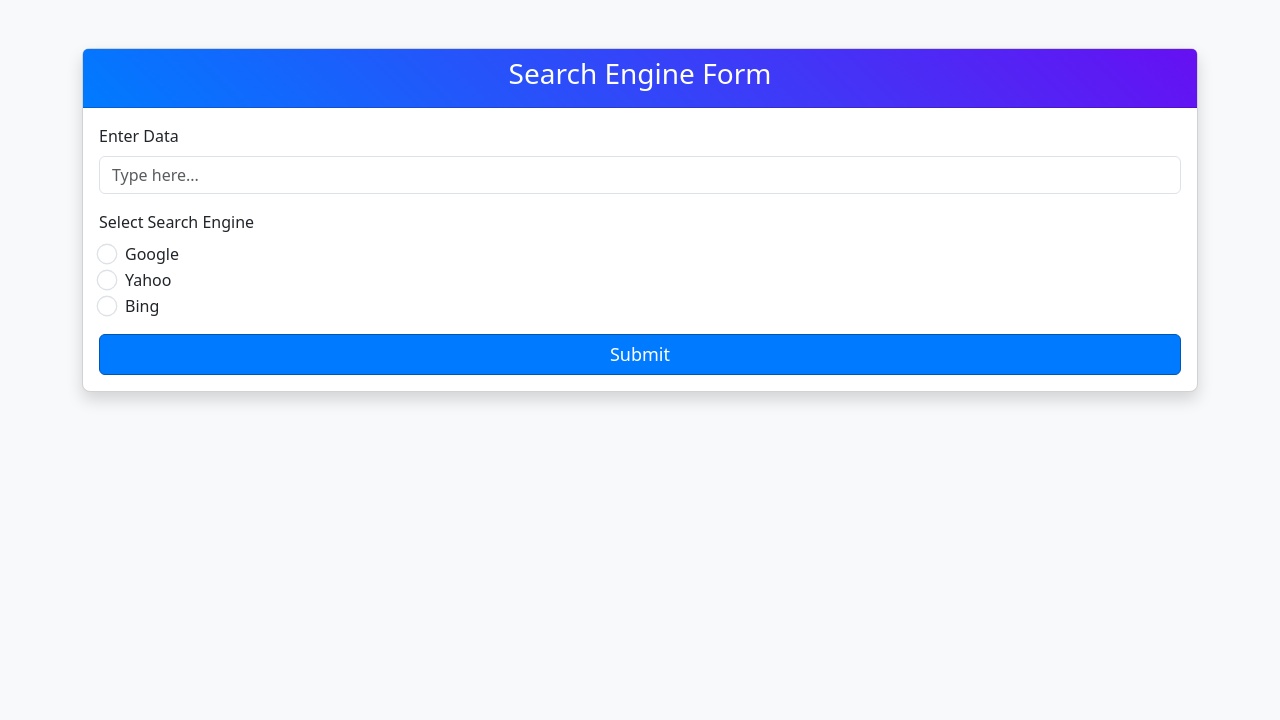
Repository: Prasad-R-Patil/WebBaseJava
Page: SearchEngien/src/main/webapp/index.html
An editor plug-in stored every save of this project. The page is shown before and after the next save, followed by the edit.
The browser window is 1280 px wide. The pictures show the whole page.

Above is the page before, as saved 2025-05-15 11:43:54.

### SearchEngien/src/main/webapp/index.html
<!DOCTYPE html>
<html lang="en">
<head>
    <meta charset="UTF-8">
    <meta name="viewport" content="width=device-width, initial-scale=1">
    <title>Search Form</title>
    <!-- Bootstrap CSS -->
    <link href="https://cdn.jsdelivr.net/npm/bootstrap@5.3.0/dist/css/bootstrap.min.css" rel="stylesheet">
    <style>
        body {
            background-color: #f8f9fa;
        }
        .card {
            background: #ffffff;
            border-radius: 8px;
            box-shadow: 0 4px 8px rgba(0, 0, 0, 0.2);
        }
        .card-header {
            background: linear-gradient(45deg, #007bff, #6610f2);
            color: white;
            text-align: center;
        }
        .btn-primary {
            background-color: #007bff;
            border-color: #0056b3;
            font-size: 18px;
            width: 100%;
        }
        .form-check-input {
            transform: scale(1.3); /* Enlarges radio buttons */
            margin-right: 10px;
        }
    </style>
</head>
<body>
    <div class="container mt-5">
        <div class="card shadow">
            <div class="card-header">
                <h3>Search Engine Form</h3>
            </div>
            <div class="card-body">
                <form action="SearchServlet" method="post">
                    <div class="mb-3">
                        <label class="form-label">Enter Data</label>
                        <input type="text" name="textData" class="form-control" placeholder="Type here...">
                    </div>
                    <div class="mb-3">
                        <label class="form-label">Select Search Engine</label>
                        <div class="form-check">
                            <input class="form-check-input" type="radio" name="engin" value="google" id="google">
                            <label class="form-check-label" for="google">Google</label>
                        </div>
                        <div class="form-check">
                            <input class="form-check-input" type="radio" name="engin" value="yahoo" id="yahoo">
                            <label class="form-check-label" for="yahoo">Yahoo</label>
                        </div>
                        <div class="form-check">
                            <input class="form-check-input" type="radio" name="engin" value="bing" id="bing">
                            <label class="form-check-label" for="bing">Bing</label>
                        </div>
                    </div>
                    <div class="text-center">
                        <input type="submit" value="Submit" class="btn btn-primary">
                    </div>
                </form>
            </div>
        </div>
    </div>

    <!-- Bootstrap JS (optional, for interactive components) -->
    <script src="https://cdn.jsdelivr.net/npm/bootstrap@5.3.0/dist/js/bootstrap.bundle.min.js"></script>
</body>
</html>

After the next save:
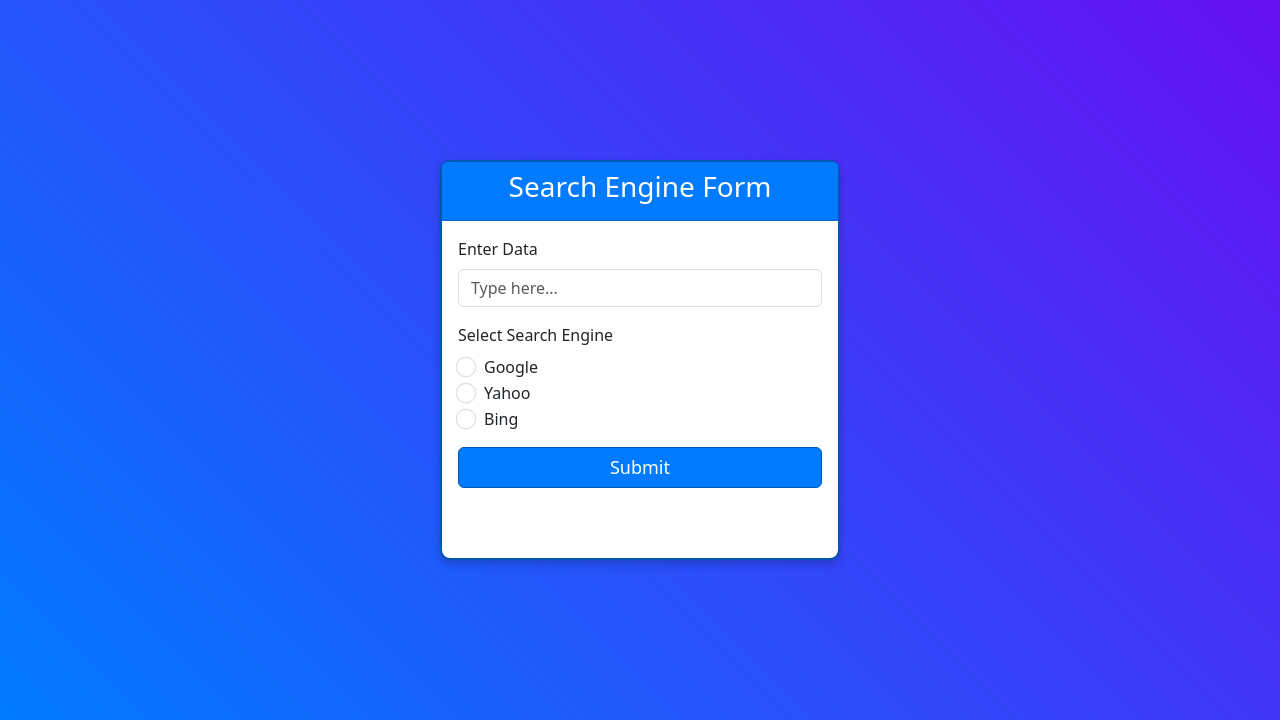
Saved 99 s later.
--- a/SearchEngien/src/main/webapp/index.html
+++ b/SearchEngien/src/main/webapp/index.html
@@ -8,15 +8,22 @@
     <link href="https://cdn.jsdelivr.net/npm/bootstrap@5.3.0/dist/css/bootstrap.min.css" rel="stylesheet">
     <style>
         body {
-            background-color: #f8f9fa;
+            background: linear-gradient(45deg, #007bff, #6610f2);
+            display: flex;
+            justify-content: center;
+            align-items: center;
+            height: 100vh;
         }
         .card {
+            width: 400px;
+            height: 400px;
             background: #ffffff;
-            border-radius: 8px;
+            border-radius: 10px;
             box-shadow: 0 4px 8px rgba(0, 0, 0, 0.2);
+            border: 2px solid #0056b3;
         }
         .card-header {
-            background: linear-gradient(45deg, #007bff, #6610f2);
+            background: #007bff;
             color: white;
             text-align: center;
         }
@@ -33,37 +40,35 @@
     </style>
 </head>
 <body>
-    <div class="container mt-5">
-        <div class="card shadow">
-            <div class="card-header">
-                <h3>Search Engine Form</h3>
-            </div>
-            <div class="card-body">
-                <form action="SearchServlet" method="post">
-                    <div class="mb-3">
-                        <label class="form-label">Enter Data</label>
-                        <input type="text" name="textData" class="form-control" placeholder="Type here...">
+    <div class="card">
+        <div class="card-header">
+            <h3>Search Engine Form</h3>
+        </div>
+        <div class="card-body">
+            <form action="SearchServlet" method="post">
+                <div class="mb-3">
+                    <label class="form-label">Enter Data</label>
+                    <input type="text" name="textData" class="form-control" placeholder="Type here...">
+                </div>
+                <div class="mb-3">
+                    <label class="form-label">Select Search Engine</label>
+                    <div class="form-check">
+                        <input class="form-check-input" type="radio" name="engin" value="google" id="google">
+                        <label class="form-check-label" for="google">Google</label>
                     </div>
-                    <div class="mb-3">
-                        <label class="form-label">Select Search Engine</label>
-                        <div class="form-check">
-                            <input class="form-check-input" type="radio" name="engin" value="google" id="google">
-                            <label class="form-check-label" for="google">Google</label>
-                        </div>
-                        <div class="form-check">
-                            <input class="form-check-input" type="radio" name="engin" value="yahoo" id="yahoo">
-                            <label class="form-check-label" for="yahoo">Yahoo</label>
-                        </div>
-                        <div class="form-check">
-                            <input class="form-check-input" type="radio" name="engin" value="bing" id="bing">
-                            <label class="form-check-label" for="bing">Bing</label>
-                        </div>
+                    <div class="form-check">
+                        <input class="form-check-input" type="radio" name="engin" value="yahoo" id="yahoo">
+                        <label class="form-check-label" for="yahoo">Yahoo</label>
                     </div>
-                    <div class="text-center">
-                        <input type="submit" value="Submit" class="btn btn-primary">
+                    <div class="form-check">
+                        <input class="form-check-input" type="radio" name="engin" value="bing" id="bing">
+                        <label class="form-check-label" for="bing">Bing</label>
                     </div>
-                </form>
-            </div>
+                </div>
+                <div class="text-center">
+                    <input type="submit" value="Submit" class="btn btn-primary">
+                </div>
+            </form>
         </div>
     </div>
 
